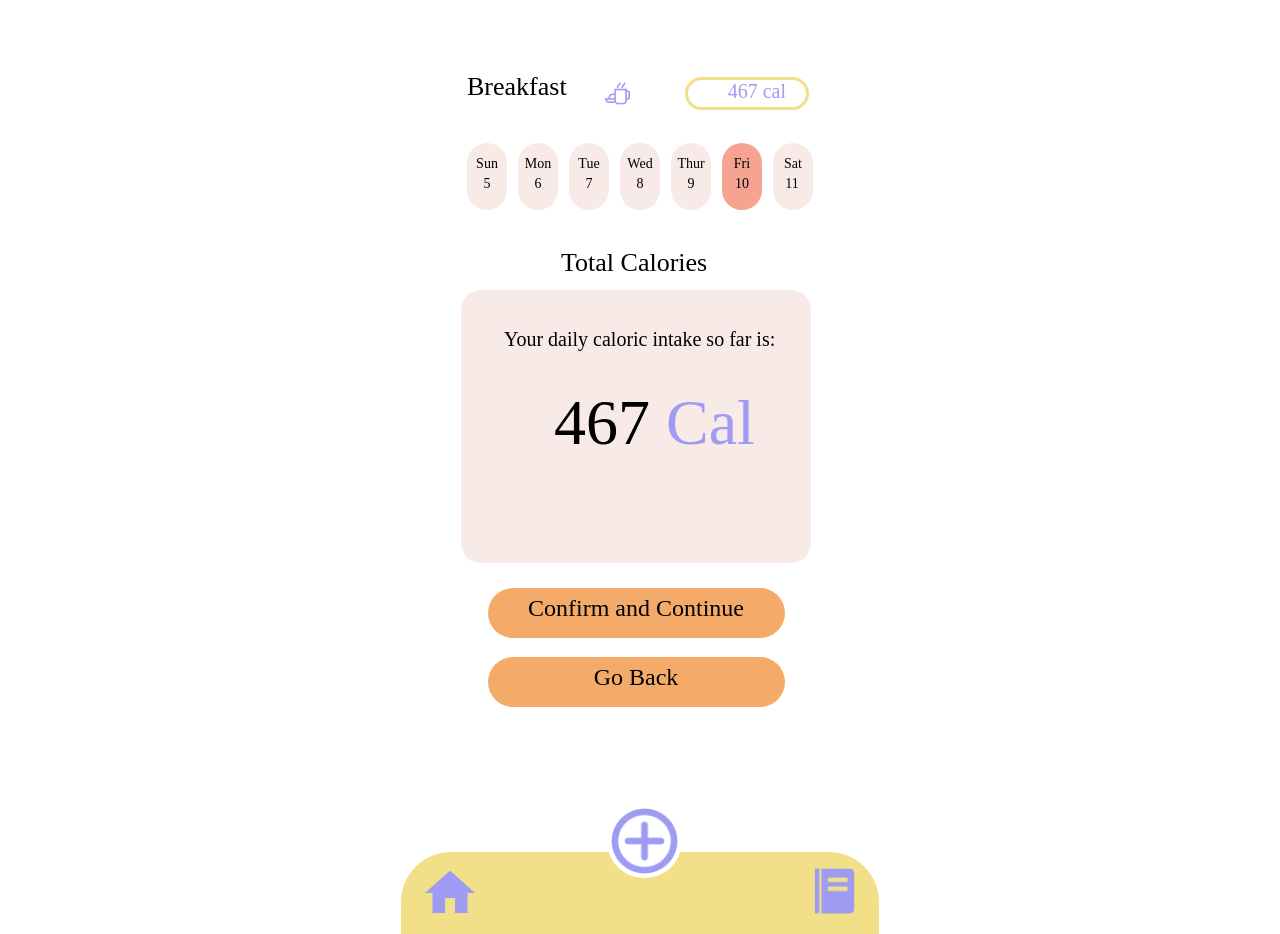
Repository: MeowCeline00/G5-Calorie-Tracker
Page: BreakfastCalCounter/index.html
These files come from the project's save history. The page is drawn as it stood at one moment and after the next save; the edit follows.
The browser window is 1280 px wide. The pictures show the whole page.

Above is the page before, as saved 2024-05-26 14:06:10.

After the next save:
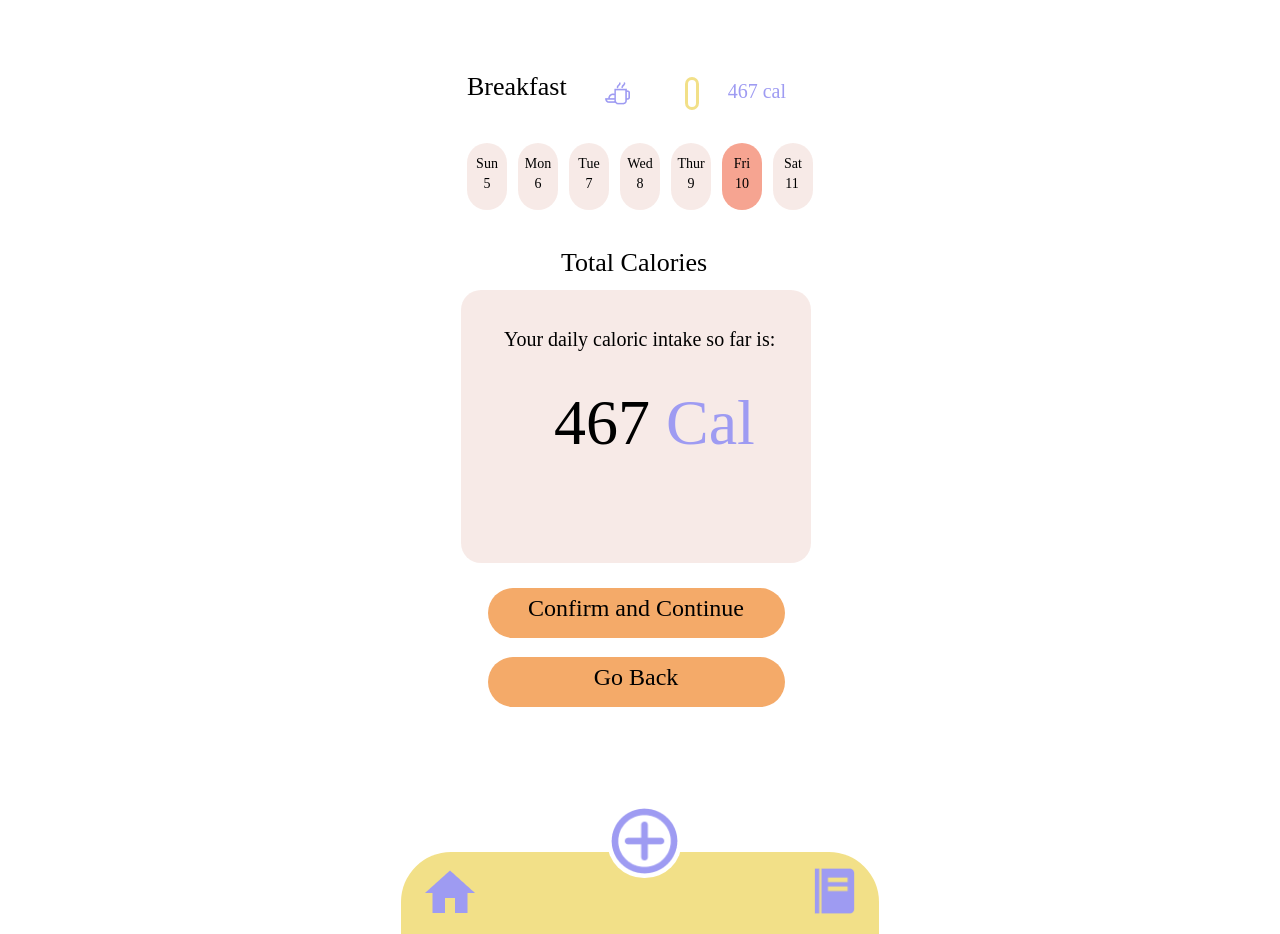
Saved 20 s later.
--- a/BreakfastCalCounter/index.css
+++ b/BreakfastCalCounter/index.css
@@ -258,7 +258,7 @@
     background-color: #fff;
     border: 3px solid var(--yellow);
     box-sizing: border-box;
-    width: 124px;
+    width: 14px;
     height: 33px;
 }
 .cal {
